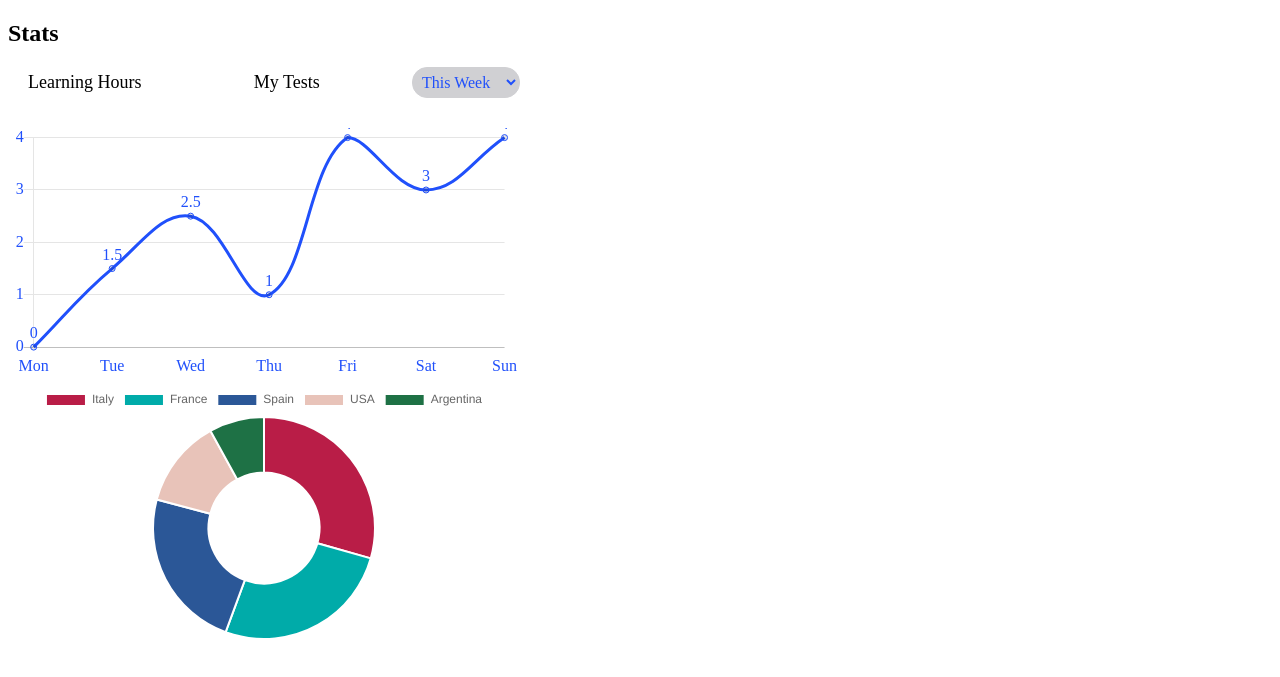
Repository: rafalzacher1/smartify-interface
Page: graphs/learning_graph.html
The author's editor kept a copy of each file at every save. The page is drawn from the files as they stood at one save, then again after a run of saves.
The browser window is 1280 px wide. The pictures show the whole page.
Some web fonts or font styles are not loaded; a fallback is used. Some web libraries are served in a nearby version.

Above is the page before, as saved 2022-06-30 01:09:33.

### graphs/learning_graph.html
<!DOCTYPE html>
<html lang="en">

<head>
    <script src="https://cdnjs.cloudflare.com/ajax/libs/Chart.js/2.4.0/Chart.min.js"></script>
    <link rel="stylesheet" href="./styles/learning_hours.css">
    <link href='https://fonts.googleapis.com/css?family=Baloo Bhai' rel='stylesheet'>
</head>

<body>
    <div class="stats-container">
        <div class="stats-options-container">
            <h2>Stats</h2>

            <div id="stats-options">
                <button class="stat-option" onclick="showLearningHoursGraph()">Learning Hours</button>
                <button class="stat-option" onclick="showTestsGraph()">My Tests</button>

                <select id="graphs">
                    <option value="">This Week</option>
                    <option value="">This Month</option>
                </select>
            </div>
        </div>

        <canvas id="learning-hours"></canvas>
        <canvas id="tests"></canvas>
    </div>

    <script src="./scripts/learningHours.js"></script>
    <script src="./scripts/tests.js"></script>
</body>

<script>
    function showLearningHoursGraph() {
        document.getElementById("learning-hours").style.display="block";
        document.getElementById("tests").style.display="none";
    }

    function showTestsGraph() {
        document.getElementById("learning-hours").style.display="none";
        document.getElementById("tests").style.display="block";
    }
</script>

</html>

### graphs/styles/learning_hours.css
.stats-container {
  position: relative;
  width: 40vw;
}

.stats-options-container {
    margin-bottom: 30px;
}

#stats-options {
  display: flex;
  justify-content: space-between;
  font-family: "Baloo Bhai";
  font-size: 16px;
}

.stat-option,
input[type="submit"],
input[type="reset"] {
  background: none;
  color: inherit;
  border: none;
  padding: 0;
  font: inherit;
  cursor: pointer;
  outline: inherit;
  width: 30%;
  font-family: "Baloo Bhai";
  font-size: 18px;
}

#graphs select {
  font-family: "Baloo Bhai";
  font-size: 26px;
  border: 1px solid #D0D0D3;
}
#graphs {
  font-family: "Baloo Bhai";
  font-size: 16px;
  color: #2050FB;
  padding: 5px;
  border: 1px solid #D0D0D3;
  border-radius: 15px;
  overflow: hidden;
  background: #D0D0D3;
}

### graphs/scripts/learningHours.js
// Data define for bar chart
var learningData = {
    labels: ["Mon", "Tue", "Wed", "Thu", "Fri", "Sat", "Sun"],
    datasets: [{
        fill: false,
        borderColor: "#2050FB",
        data: [0, 1.5, 2.5, 1, 4, 3, 4]
    }]
};
// Options to display value on top of bars
var learningOption = {
    legend: { display: false },
    scales: {
        xAxes: [{
            ticks: {
                fontColor: "#2050FB",
                fontSize: 16,
                fontFamily: "Baloo Bhai",
                stepSize: 1,
                beginAtZero: true
            },
            gridLines: {
                display: false
            }
        }],
        yAxes: [{
            ticks: {
                fontColor: "#2050FB",
                fontSize: 16,
                fontFamily: "Baloo Bhai",
                stepSize: 1,
                beginAtZero: true
            }
        }]
    },
    tooltips: {
        enabled: true
    },
    hover: {
        animationDuration: 0.1
    },
    animation: {
        duration: 1,
        onComplete: function () {
            var chartInstance = this.chart,
                ctx = chartInstance.ctx;
            ctx.textAlign = 'center';
            ctx.fillStyle = "#2050FB";
            ctx.textBaseline = 'bottom';
            this.data.datasets.forEach(function (dataset, i) {
                var meta = chartInstance.controller.getDatasetMeta(i);
                meta.data.forEach(function (bar, index) {
                    var data = dataset.data[index];
                    ctx.fillText(data, bar._model.x, bar._model.y - 5);
                    // console.log(dataset.data[index]);
                    // dataset.data[index] = dataset.data[index]+"H";
                    // console.log(dataset.data[index]);
                });
            });
        }
    }
};

//Code to drow Chart
var ctx = document.getElementById('learning-hours').getContext('2d');
var LearningHoursChar = new Chart(ctx, {
    type: 'line',    	// Define chart type
    data: learningData,    	// Chart data
    options: learningOption 	// Chart Options [This is optional paramenter use to add some extra things in the chart].
});

### graphs/scripts/tests.js
var xValues = ["Italy", "France", "Spain", "USA", "Argentina"];
var yValues = [55, 49, 44, 24, 15];
var barColors = ["#b91d47", "#00aba9", "#2b5797", "#e8c3b9", "#1e7145"];

var testsData = {
  labels: xValues,
  datasets: [
    {
      backgroundColor: barColors,
      data: yValues,
    },
  ],
};

var testsOption = {

};

var ctx = document.getElementById("tests").getContext("2d");
var LearningHoursChar = new Chart(ctx, {
  type: "doughnut", // Define chart type
  data: testsData, // Chart data
  options: testsOption, // Chart Options [This is optional paramenter use to add some extra things in the chart].
});

After the next 2 saves:
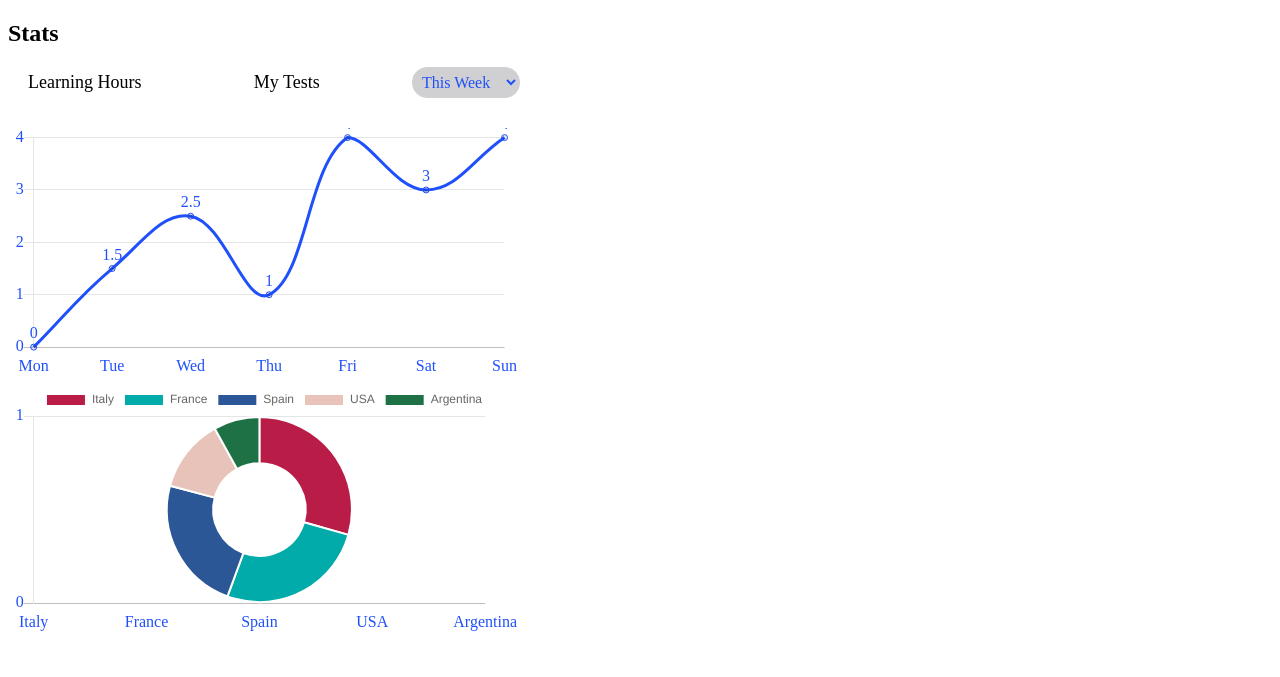
The 2 saves are shown as one change because they came seconds apart.
The last was saved 42 s later.
--- a/graphs/scripts/tests.js
+++ b/graphs/scripts/tests.js
@@ -13,7 +13,33 @@
 };
 
 var testsOption = {
-
+  scales: {
+    xAxes: [
+      {
+        ticks: {
+          fontColor: "#2050FB",
+          fontSize: 16,
+          fontFamily: "Baloo Bhai",
+          stepSize: 1,
+          beginAtZero: true,
+        },
+        gridLines: {
+          display: false,
+        },
+      },
+    ],
+    yAxes: [
+      {
+        ticks: {
+          fontColor: "#2050FB",
+          fontSize: 16,
+          fontFamily: "Baloo Bhai",
+          stepSize: 1,
+          beginAtZero: true,
+        },
+      },
+    ],
+  },
 };
 
 var ctx = document.getElementById("tests").getContext("2d");

After the save that followed:
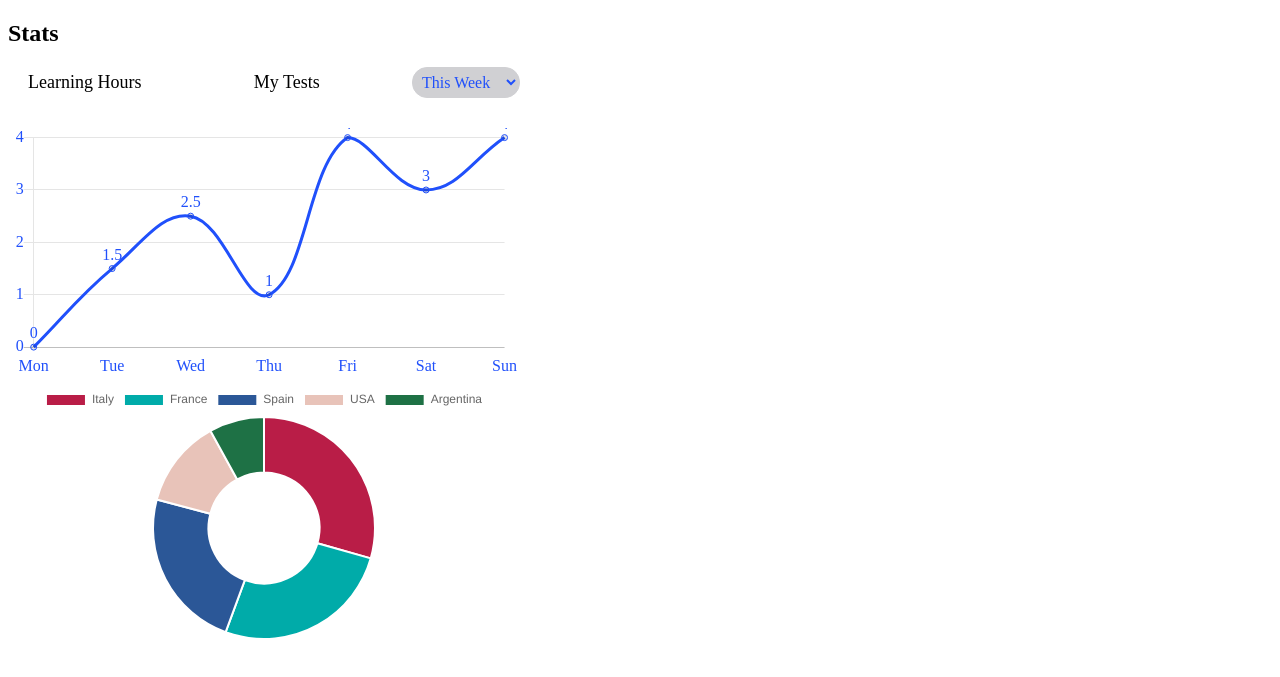
Saved 6 s later.
--- a/graphs/scripts/tests.js
+++ b/graphs/scripts/tests.js
@@ -13,33 +13,7 @@
 };
 
 var testsOption = {
-  scales: {
-    xAxes: [
-      {
-        ticks: {
-          fontColor: "#2050FB",
-          fontSize: 16,
-          fontFamily: "Baloo Bhai",
-          stepSize: 1,
-          beginAtZero: true,
-        },
-        gridLines: {
-          display: false,
-        },
-      },
-    ],
-    yAxes: [
-      {
-        ticks: {
-          fontColor: "#2050FB",
-          fontSize: 16,
-          fontFamily: "Baloo Bhai",
-          stepSize: 1,
-          beginAtZero: true,
-        },
-      },
-    ],
-  },
+
 };
 
 var ctx = document.getElementById("tests").getContext("2d");
